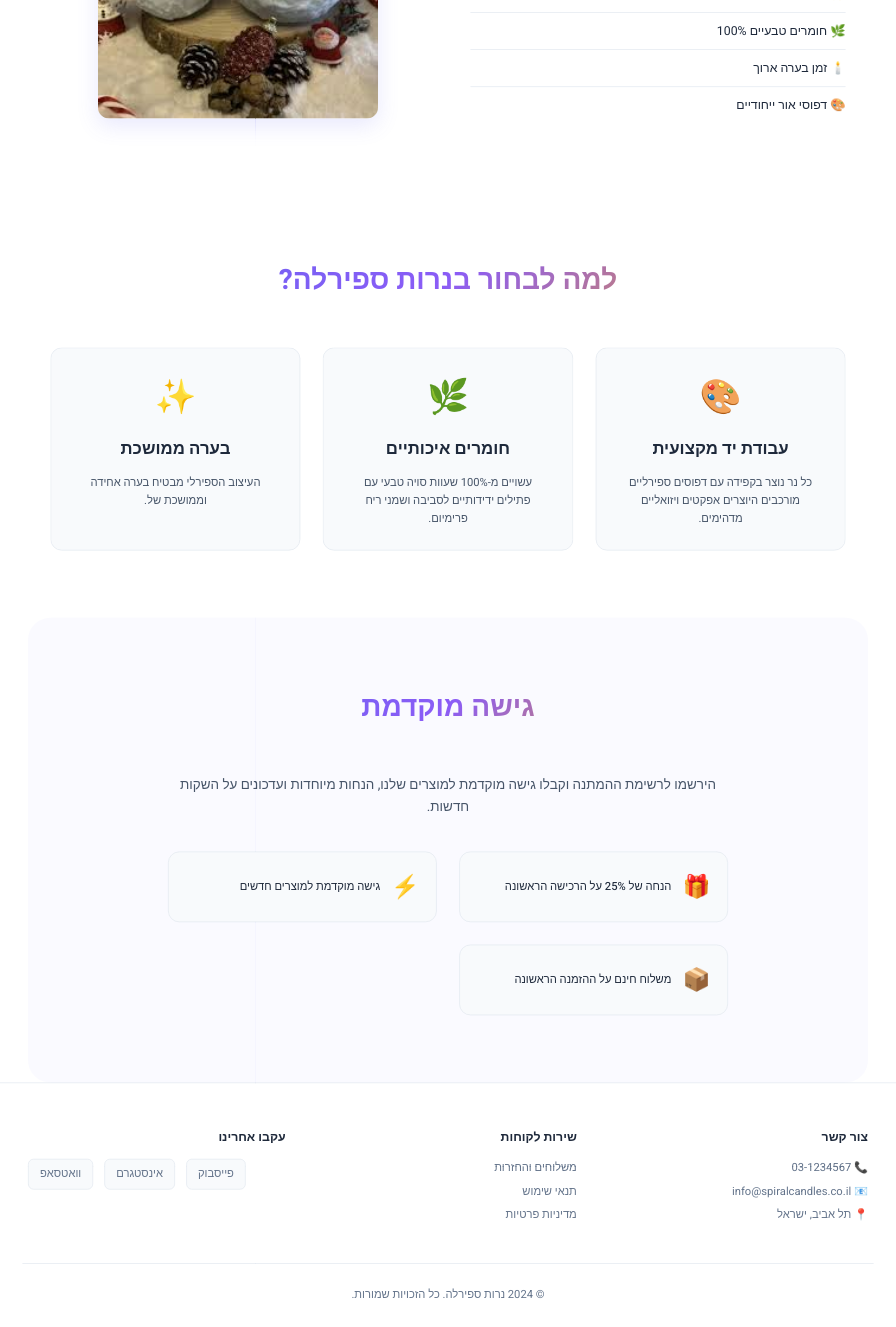
Repository: AvitaRoi/spiralcandles
Page: index.html
These files come from the project's save history. The page is drawn as it stood at one moment and after the next save; the edit follows.
The browser window is 1280 px wide. The pictures show the part of the page from y = 1239 to 3159 px (the page is 3134 px tall before and 3159 px after), at 70% of full size.

Above is the page before, as saved 2025-09-21 21:32:45.

### index.html
<!DOCTYPE html>
<html lang="he" dir="rtl">
<head>
    <meta charset="UTF-8">
    <meta name="viewport" content="width=device-width, initial-scale=1.0">
    <title>נרות ספירלה - חנות הנרות המיוחדת</title>
    <link rel="stylesheet" href="styles.css">
    <link href="https://fonts.googleapis.com/css2?family=Heebo:wght@300;400;500;600;700&display=swap" rel="stylesheet">
</head>
<body>
    <div class="container">
        <!-- Header -->
        <header class="header">
            <div class="nav-container">
                <div class="logo">
                    <span class="logo-text">נרות ספירלה</span>
                </div>
                <nav class="main-nav">
                    <a href="#products">מוצרים</a>
                    <a href="#about">אודות</a>
                    <a href="#contact">צור קשר</a>
                    <div class="cart-icon">
                        <svg width="24" height="24" viewBox="0 0 24 24" fill="none">
                            <path d="M3 3H5L5.4 5M7 13H17L21 5H5.4M7 13L5.4 5M7 13L4.7 15.3C4.3 15.7 4.6 16.5 5.1 16.5H17M17 13V17C17 18.1 16.1 19 15 19H9C7.9 19 7 18.1 7 17V13H17Z" stroke="currentColor" stroke-width="2" stroke-linecap="round" stroke-linejoin="round"/>
                        </svg>
                        <span class="cart-count">0</span>
                    </div>
                </nav>
            </div>
        </header>

        <!-- Hero Section -->
        <main class="hero">
            <div class="hero-content">
                <div class="hero-badge">
                    בקרוב
                </div>
                <h1 class="hero-title">
                    האירו את הבית שלכם עם <br>
                    <span class="gradient-text">נרות ספירלה בעבודת יד</span>
                </h1>
                <p class="hero-description">
                    חוו את השילוב המושלם של אמנות ואווירה. הנרות הספירליים הייחודיים שלנו
                    יוצרים דפוסי אור מהפנטים ומקיפים את המרחב שלכם בריחות פרימיום.
                </p>

                <!-- Waitlist Form -->
                <div class="waitlist-form">
                    <form id="waitlist-signup" class="form">
                        <div class="input-group">
                            <input
                                type="email"
                                id="email"
                                placeholder="הכניסו את כתובת המייל שלכם"
                                required
                                class="email-input"
                            >
                            <button type="submit" class="submit-btn">
                                הצטרפו לרשימת ההמתנה
                                <svg class="arrow-icon" width="16" height="16" viewBox="0 0 16 16" fill="none">
                                    <path d="M8 0L9.41 1.41L3.83 7H16V9H3.83L9.41 14.59L8 16L0 8L8 0Z" fill="currentColor"/>
                                </svg>
                            </button>
                        </div>
                    </form>

                    <div class="success-message" id="success-message">
                        <svg class="check-icon" width="20" height="20" viewBox="0 0 20 20" fill="none">
                            <circle cx="10" cy="10" r="10" fill="#10B981"/>
                            <path d="M6 10L8.5 12.5L14 7" stroke="white" stroke-width="2" stroke-linecap="round" stroke-linejoin="round"/>
                        </svg>
                        <span>תודה! נוסף לרשימה. נעדכן אתכם כשנשיק.</span>
                    </div>
                </div>

                <!-- Social Proof -->
                <div class="social-proof">
                    <span class="counter">2,847</span>
                    <span class="counter-text">אנשים כבר נרשמו</span>
                </div>
            </div>

            <!-- Hero Visual -->
            <div class="hero-visual">
                <div class="product-image-container">
                    <img src="./public/spiral-candle-2.jpeg"
                         alt="נר ספירלה בעבודת יד"
                         class="main-product-image">
                </div>
            </div>
        </main>

        <!-- Preview Section -->
        <section class="preview-section" id="preview">
            <h2 class="section-title">קצת על המוצר</h2>
            <div class="preview-content">
                <div class="preview-text">
                    <h3>נרות ספירלה ייחודיים</h3>
                    <p>הנרות שלנו נוצרים בקפידה בעבודת יד, כל אחד עם דפוס ספירלי ייחודי שיוצר אפקטי אור מדהימים בחדר שלכם.</p>
                    <ul class="feature-list">
                        <li>✨ עבודת יד מקצועית</li>
                        <li>🌿 חומרים טבעיים 100%</li>
                        <li>🕯️ זמן בערה ארוך</li>
                        <li>🎨 דפוסי אור ייחודיים</li>
                    </ul>
                </div>
                <div class="preview-image">
                    <img src="./public/main-candle-1.jpeg"
                         alt="פרטי נר ספירלה"
                         class="detail-image">
                </div>
            </div>
        </section>

        <!-- Features Section -->
        <section class="features" id="about">
            <h2 class="features-title">למה לבחור בנרות ספירלה?</h2>
            <div class="features-grid">
                <div class="feature-card">
                    <div class="feature-icon">🎨</div>
                    <h3>עבודת יד מקצועית</h3>
                    <p>כל נר נוצר בקפידה עם דפוסים ספירליים מורכבים היוצרים אפקטים ויזואליים מדהימים.</p>
                </div>
                <div class="feature-card">
                    <div class="feature-icon">🌿</div>
                    <h3>חומרים איכותיים</h3>
                    <p>עשויים מ-100% שעוות סויה טבעי עם פתילים ידידותיים לסביבה ושמני ריח פרימיום.</p>
                </div>
                <div class="feature-card">
                    <div class="feature-icon">✨</div>
                    <h3>בערה ממושכת</h3>
                    <p>העיצוב הספירלי מבטיח בערה אחידה וממושכת של.</p>
                </div>
            </div>
        </section>

        <!-- Early Access -->
        <section class="early-access">
            <div class="early-access-content">
                <h2 class="section-title">גישה מוקדמת</h2>
                <p class="early-access-description">
                    הירשמו לרשימת ההמתנה וקבלו גישה מוקדמת למוצרים שלנו,
                    הנחות מיוחדות ועדכונים על השקות חדשות.
                </p>
                <div class="benefits-list">
                    <div class="benefit-item">
                        <span class="benefit-icon">🎁</span>
                        <span>הנחה של 25% על הרכישה הראשונה</span>
                    </div>
                    <div class="benefit-item">
                        <span class="benefit-icon">⚡</span>
                        <span>גישה מוקדמת למוצרים חדשים</span>
                    </div>
                    <div class="benefit-item">
                        <span class="benefit-icon">📦</span>
                        <span>משלוח חינם על ההזמנה הראשונה</span>
                    </div>
                </div>
            </div>
        </section>

        <!-- Footer -->
        <footer class="footer" id="contact">
            <div class="footer-content">
                <div class="footer-section">
                    <h4>צור קשר</h4>
                    <p>📞 03-1234567</p>
                    <p>📧 info@spiralcandles.co.il</p>
                    <p>📍 תל אביב, ישראל</p>
                </div>
                <div class="footer-section">
                    <h4>שירות לקוחות</h4>
                    <a href="#">משלוחים והחזרות</a>
                    <a href="#">תנאי שימוש</a>
                    <a href="#">מדיניות פרטיות</a>
                </div>
                <div class="footer-section">
                    <h4>עקבו אחרינו</h4>
                    <div class="social-links">
                        <a href="#">פייסבוק</a>
                        <a href="#">אינסטגרם</a>
                        <a href="#">וואטסאפ</a>
                    </div>
                </div>
            </div>
            <div class="footer-bottom">
                <p>&copy; 2024 נרות ספירלה. כל הזכויות שמורות.</p>
            </div>
        </footer>
    </div>

    <script src="script.js"></script>
</body>
</html>

### styles.css
/* Reset and Base Styles */
* {
    margin: 0;
    padding: 0;
    box-sizing: border-box;
}

:root {
    --primary-color: #6366f1;
    --primary-dark: #4f46e5;
    --secondary-color: #f59e0b;
    --background: #ffffff;
    --surface: #f8fafc;
    --text-primary: #1e293b;
    --text-secondary: #475569;
    --text-muted: #64748b;
    --border-color: #e2e8f0;
    --success-color: #10b981;
    --gradient: linear-gradient(135deg, #6366f1 0%, #8b5cf6 50%, #f59e0b 100%);
    --glow: 0 0 30px rgba(99, 102, 241, 0.3);
}

body {
    font-family: 'Heebo', -apple-system, BlinkMacSystemFont, 'Segoe UI', sans-serif;
    background: var(--background);
    color: var(--text-primary);
    line-height: 1.6;
    overflow-x: hidden;
    direction: rtl;
}

.container {
    min-height: 100vh;
    position: relative;
}

/* Background Effects */
body::before {
    content: '';
    position: fixed;
    top: 0;
    left: 0;
    width: 100%;
    height: 100%;
    background:
        radial-gradient(circle at 20% 50%, rgba(99, 102, 241, 0.03) 0%, transparent 50%),
        radial-gradient(circle at 80% 20%, rgba(139, 92, 246, 0.03) 0%, transparent 50%),
        radial-gradient(circle at 40% 80%, rgba(245, 158, 11, 0.02) 0%, transparent 50%);
    pointer-events: none;
    z-index: -1;
}

/* Header */
.header {
    padding: 1.5rem 0;
    border-bottom: 1px solid var(--border-color);
}

.nav-container {
    max-width: 1200px;
    margin: 0 auto;
    padding: 0 2rem;
    display: flex;
    justify-content: space-between;
    align-items: center;
}

.logo-text {
    font-size: 1.5rem;
    font-weight: 700;
    background: var(--gradient);
    -webkit-background-clip: text;
    background-clip: text;
    -webkit-text-fill-color: transparent;
    color: transparent;
}

.main-nav {
    display: flex;
    align-items: center;
    gap: 2rem;
}

.main-nav a {
    color: var(--text-secondary);
    text-decoration: none;
    font-weight: 500;
    transition: color 0.3s ease;
}

.main-nav a:hover {
    color: var(--primary-color);
}

.cart-icon {
    position: relative;
    display: flex;
    align-items: center;
    color: var(--text-primary);
    cursor: pointer;
    transition: color 0.3s ease;
}

.cart-icon:hover {
    color: var(--primary-color);
}

.cart-count {
    position: absolute;
    top: -8px;
    left: -8px;
    background: var(--primary-color);
    color: white;
    border-radius: 50%;
    width: 18px;
    height: 18px;
    font-size: 0.75rem;
    display: flex;
    align-items: center;
    justify-content: center;
    font-weight: 600;
}

/* Hero Section */
.hero {
    display: grid;
    grid-template-columns: 1fr 1fr;
    gap: 4rem;
    max-width: 1200px;
    margin: 0 auto;
    padding: 4rem 2rem;
    align-items: center;
    min-height: 70vh;
}

.hero-content {
    max-width: 600px;
}

.hero-badge {
    display: inline-block;
    padding: 0.5rem 1rem;
    background: rgba(99, 102, 241, 0.1);
    border: 1px solid rgba(99, 102, 241, 0.2);
    border-radius: 2rem;
    font-size: 0.875rem;
    font-weight: 500;
    color: var(--primary-color);
    margin-bottom: 2rem;
    animation: glow-pulse 2s ease-in-out infinite alternate;
}

@keyframes glow-pulse {
    from { box-shadow: 0 0 10px rgba(99, 102, 241, 0.1); }
    to { box-shadow: 0 0 20px rgba(99, 102, 241, 0.2); }
}

.hero-title {
    font-size: 3.5rem;
    font-weight: 700;
    line-height: 1.1;
    margin-bottom: 1.5rem;
    letter-spacing: -0.02em;
}

.gradient-text {
    background: var(--gradient);
    -webkit-background-clip: text;
    background-clip: text;
    -webkit-text-fill-color: transparent;
    color: transparent;
}

.hero-description {
    font-size: 1.25rem;
    color: var(--text-secondary);
    margin-bottom: 3rem;
    line-height: 1.6;
}

/* Waitlist Form */
.waitlist-form {
    margin-bottom: 2rem;
}

.form {
    position: relative;
}

.input-group {
    display: flex;
    gap: 1rem;
    margin-bottom: 1rem;
}

.email-input {
    flex: 1;
    padding: 1rem 1.5rem;
    background: var(--surface);
    border: 2px solid var(--border-color);
    border-radius: 0.75rem;
    color: var(--text-primary);
    font-size: 1rem;
    transition: all 0.3s ease;
}

.email-input:focus {
    outline: none;
    border-color: var(--primary-color);
    box-shadow: var(--glow);
}

.email-input::placeholder {
    color: var(--text-muted);
}

.submit-btn {
    padding: 1rem 2rem;
    background: var(--gradient);
    border: none;
    border-radius: 0.75rem;
    color: white;
    font-weight: 600;
    font-size: 1rem;
    cursor: pointer;
    display: flex;
    align-items: center;
    gap: 0.5rem;
    transition: all 0.3s ease;
    white-space: nowrap;
}

.submit-btn:hover {
    transform: translateY(-2px);
    box-shadow: 0 10px 25px rgba(99, 102, 241, 0.3);
}

.submit-btn:active {
    transform: translateY(0);
}

.arrow-icon {
    transition: transform 0.3s ease;
}

.submit-btn:hover .arrow-icon {
    transform: translateX(-4px);
}

.success-message {
    display: none;
    align-items: center;
    gap: 0.75rem;
    padding: 1rem 1.5rem;
    background: rgba(16, 185, 129, 0.1);
    border: 1px solid rgba(16, 185, 129, 0.3);
    border-radius: 0.75rem;
    color: var(--success-color);
    font-weight: 500;
    animation: slide-in 0.5s ease;
}

.success-message.show {
    display: flex;
}

@keyframes slide-in {
    from {
        opacity: 0;
        transform: translateY(10px);
    }
    to {
        opacity: 1;
        transform: translateY(0);
    }
}

/* Social Proof */
.social-proof {
    display: flex;
    align-items: center;
    gap: 0.5rem;
    color: var(--text-muted);
}

.counter {
    font-weight: 600;
    color: var(--primary-color);
    font-size: 1.1rem;
}

/* Hero Visual */
.hero-visual {
    display: flex;
    justify-content: center;
    align-items: center;
    position: relative;
}

.product-image-container {
    position: relative;
    width: 300px;
    height: 375px;
    display: flex;
    justify-content: center;
    align-items: center;
    background: linear-gradient(135deg, rgba(99, 102, 241, 0.05) 0%, rgba(139, 92, 246, 0.05) 100%);
    border-radius: 2rem;
    overflow: hidden;
    box-shadow: 0 20px 60px rgba(99, 102, 241, 0.1);
}

.main-product-image {
    width: 100%;
    height: 100%;
    object-fit: cover;
    border-radius: 2rem;
    transition: transform 0.3s ease;
}

.main-product-image:hover {
    transform: scale(1.05);
}

/* Preview Section */
.preview-section {
    padding: 6rem 2rem;
    max-width: 1200px;
    margin: 0 auto;
}

.section-title {
    font-size: 2.5rem;
    font-weight: 700;
    margin-bottom: 4rem;
    background: var(--gradient);
    -webkit-background-clip: text;
    background-clip: text;
    -webkit-text-fill-color: transparent;
    color: transparent;
    text-align: center;
}

.preview-content {
    display: grid;
    grid-template-columns: 1fr 1fr;
    gap: 4rem;
    align-items: center;
}

.preview-text h3 {
    font-size: 2rem;
    font-weight: 600;
    margin-bottom: 1.5rem;
    color: var(--text-primary);
}

.preview-text p {
    font-size: 1.1rem;
    color: var(--text-secondary);
    line-height: 1.6;
    margin-bottom: 2rem;
}

.feature-list {
    list-style: none;
    padding: 0;
}

.feature-list li {
    padding: 0.75rem 0;
    font-size: 1.1rem;
    color: var(--text-primary);
    border-bottom: 1px solid var(--border-color);
}

.feature-list li:last-child {
    border-bottom: none;
}

.preview-image {
    display: flex;
    justify-content: center;
    align-items: center;
}

.detail-image {
    width: 100%;
    max-width: 400px;
    height: auto;
    border-radius: 1rem;
    box-shadow: 0 10px 30px rgba(99, 102, 241, 0.15);
    transition: transform 0.3s ease;
}

.detail-image:hover {
    transform: scale(1.02);
}

/* Features Section */
.features {
    padding: 6rem 2rem;
    max-width: 1200px;
    margin: 0 auto;
    text-align: center;
}

.features-title {
    font-size: 2.5rem;
    font-weight: 700;
    margin-bottom: 4rem;
    background: var(--gradient);
    -webkit-background-clip: text;
    background-clip: text;
    -webkit-text-fill-color: transparent;
    color: transparent;
}

.features-grid {
    display: grid;
    grid-template-columns: repeat(auto-fit, minmax(300px, 1fr));
    gap: 2rem;
}

.feature-card {
    padding: 2rem;
    background: var(--surface);
    border: 1px solid var(--border-color);
    border-radius: 1rem;
    transition: all 0.3s ease;
}

.feature-card:hover {
    transform: translateY(-5px);
    border-color: var(--primary-color);
    box-shadow: 0 10px 30px rgba(99, 102, 241, 0.1);
}

.feature-icon {
    font-size: 3rem;
    margin-bottom: 1rem;
}

.feature-card h3 {
    font-size: 1.5rem;
    font-weight: 600;
    margin-bottom: 1rem;
    color: var(--text-primary);
}

.feature-card p {
    color: var(--text-secondary);
    line-height: 1.6;
}

/* Early Access Section */
.early-access {
    padding: 6rem 2rem;
    max-width: 1200px;
    margin: 0 auto;
    text-align: center;
    background: rgba(99, 102, 241, 0.03);
    border-radius: 2rem;
}

.early-access-content {
    max-width: 800px;
    margin: 0 auto;
}

.early-access-description {
    font-size: 1.2rem;
    color: var(--text-secondary);
    line-height: 1.6;
    margin-bottom: 3rem;
}

.benefits-list {
    display: grid;
    grid-template-columns: repeat(auto-fit, minmax(250px, 1fr));
    gap: 2rem;
    margin-top: 3rem;
}

.benefit-item {
    display: flex;
    align-items: center;
    gap: 1rem;
    padding: 1.5rem;
    background: var(--surface);
    border: 1px solid var(--border-color);
    border-radius: 1rem;
    transition: all 0.3s ease;
}

.benefit-item:hover {
    transform: translateY(-3px);
    border-color: var(--primary-color);
    box-shadow: 0 8px 25px rgba(99, 102, 241, 0.1);
}

.benefit-icon {
    font-size: 2rem;
}

.benefit-item span:last-child {
    font-weight: 500;
    color: var(--text-primary);
}

/* Footer */
.footer {
    padding: 4rem 2rem 2rem;
    border-top: 1px solid var(--border-color);
    color: var(--text-muted);
}

.footer-content {
    max-width: 1200px;
    margin: 0 auto;
    display: grid;
    grid-template-columns: repeat(auto-fit, minmax(250px, 1fr));
    gap: 3rem;
    text-align: right;
}

.footer-section h4 {
    color: var(--text-primary);
    font-weight: 600;
    margin-bottom: 1rem;
    font-size: 1.1rem;
}

.footer-section p {
    margin-bottom: 0.5rem;
    line-height: 1.6;
}

.footer-section a {
    display: block;
    color: var(--text-muted);
    text-decoration: none;
    margin-bottom: 0.5rem;
    transition: color 0.3s ease;
}

.footer-section a:hover {
    color: var(--primary-color);
}

.social-links {
    display: flex;
    gap: 1rem;
    justify-content: flex-end;
}

.social-links a {
    display: inline-block;
    padding: 0.5rem 1rem;
    background: var(--surface);
    border: 1px solid var(--border-color);
    border-radius: 0.5rem;
    transition: all 0.3s ease;
}

.social-links a:hover {
    border-color: var(--primary-color);
    color: var(--primary-color);
    transform: translateY(-2px);
}

.footer-bottom {
    margin-top: 3rem;
    padding-top: 2rem;
    border-top: 1px solid var(--border-color);
    text-align: center;
}

/* Responsive Design */
@media (max-width: 768px) {
    .nav-container {
        padding: 0 1rem;
        flex-direction: column;
        gap: 1rem;
    }

    .main-nav {
        gap: 1.5rem;
    }

    .hero {
        grid-template-columns: 1fr;
        gap: 2rem;
        text-align: center;
        padding: 2rem 1rem;
    }

    .hero-visual {
        order: -1;
    }

    .product-image-container {
        width: 300px;
        height: 400px;
    }

    .hero-title {
        font-size: 2.5rem;
    }

    .hero-description {
        font-size: 1.1rem;
    }

    .input-group {
        flex-direction: column;
    }

    .submit-btn {
        justify-content: center;
    }

    .social-proof {
        justify-content: center;
    }

    .preview-content {
        grid-template-columns: 1fr;
        gap: 2rem;
    }

    .section-title, .features-title {
        font-size: 2rem;
    }

    .features-grid, .benefits-list {
        grid-template-columns: 1fr;
    }

    .footer-content {
        grid-template-columns: 1fr;
        text-align: center;
        gap: 2rem;
    }

    .social-links {
        justify-content: center;
    }
}

@media (max-width: 480px) {
    .hero-title {
        font-size: 2rem;
    }

    .product-image-container {
        width: 250px;
        height: 350px;
    }

    .feature-card, .benefit-item {
        padding: 1.5rem;
    }

    .benefit-item {
        flex-direction: column;
        text-align: center;
    }
}

Loaded but not shown: script.js (249 lines, source omitted)

After the next save:
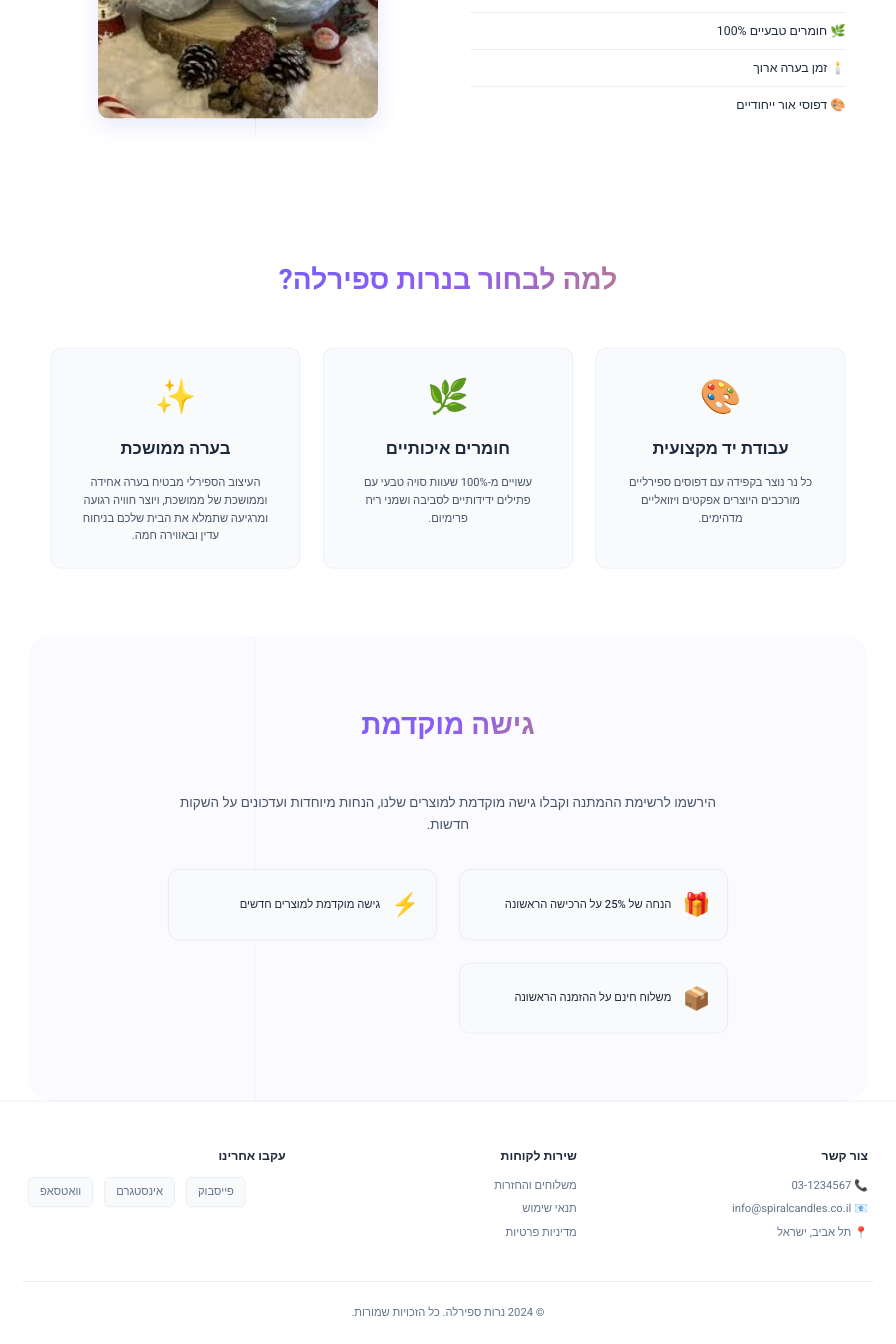
Saved 55 s later.
--- a/index.html
+++ b/index.html
@@ -129,7 +129,7 @@
                 <div class="feature-card">
                     <div class="feature-icon">✨</div>
                     <h3>בערה ממושכת</h3>
-                    <p>העיצוב הספירלי מבטיח בערה אחידה וממושכת של.</p>
+                    <p>העיצוב הספירלי מבטיח בערה אחידה וממושכת של ממושכת, ויוצר חוויה רגועה ומרגיעה שתמלא את הבית שלכם בניחוח עדין ובאווירה חמה.</p>
                 </div>
             </div>
         </section>
